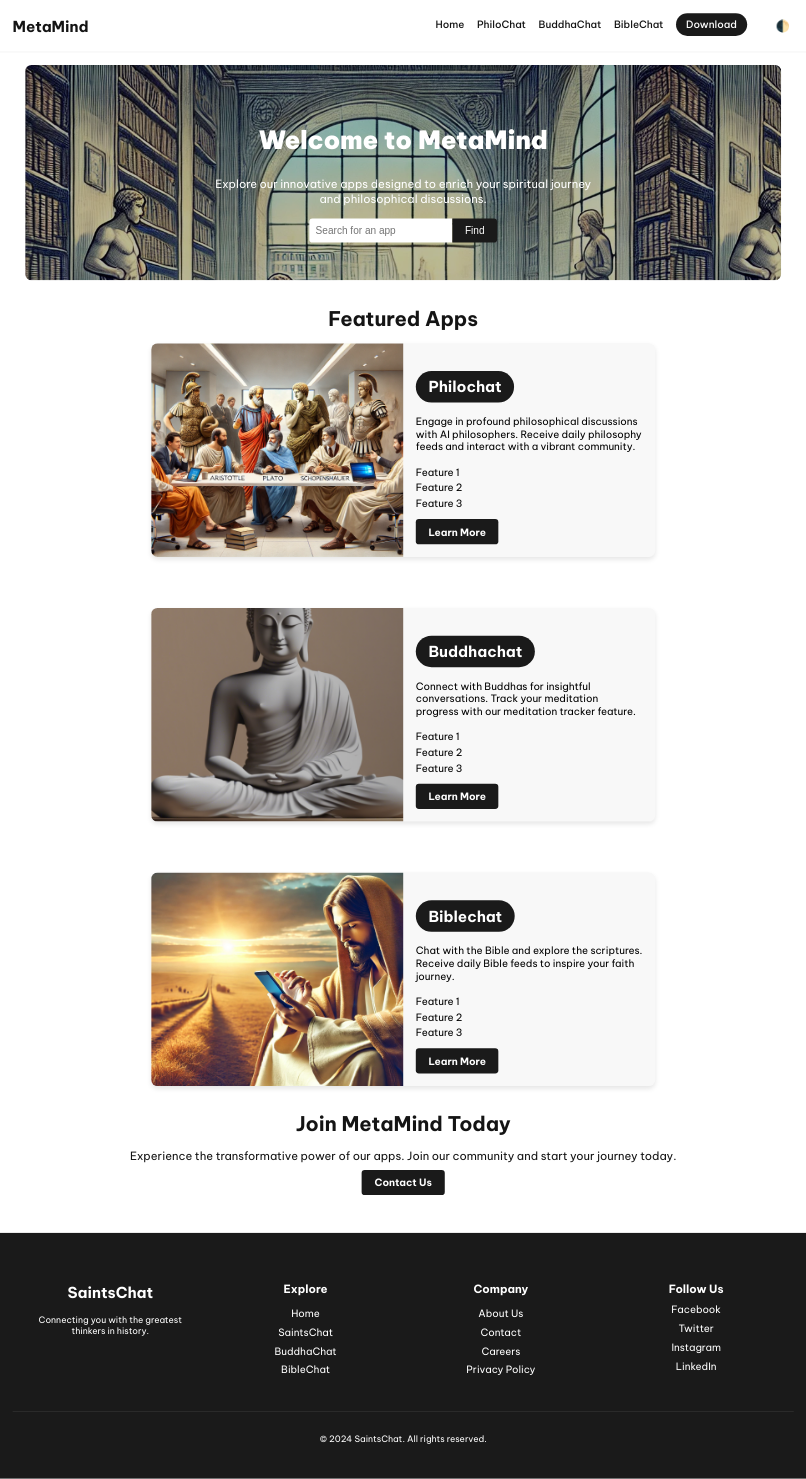
Repository: HSfac/EthosMindWeb
Page: /
The author's editor kept a copy of each file at every save. The page is drawn from the files as they stood at one save, then again after the next save.
The browser window is 1280 px wide. The pictures show the whole page, at 63% of full size.
The project was rebuilt for these pictures with package versions that can differ from the ones it lists, and the page was loaded fresh each time. Also part of the build but not shown: src/pages/SaintsChat.css, src/pages/SaintsChat.jsx, src/pages/BuddhaChat.css, src/pages/BuddhaChat.jsx, src/pages/BibleChat.css, src/pages/BibleChat.jsx, src/pages/Download.css, src/pages/Download.jsx.

Above is the page before, as saved 2024-07-21 21:39:59.

After the next save:
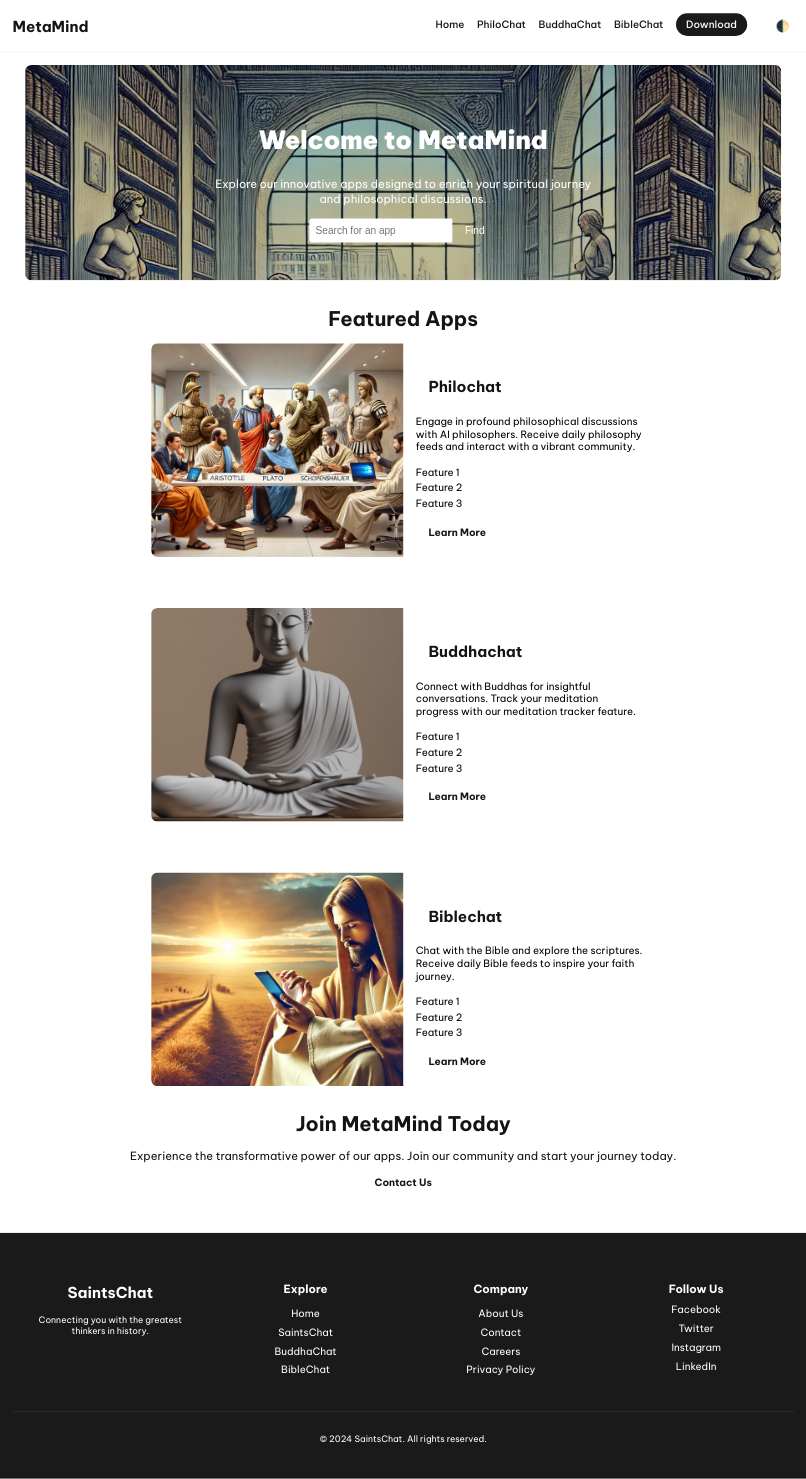
Saved 71 s later.
--- a/src/pages/Home.css
+++ b/src/pages/Home.css
@@ -1,33 +1,3 @@
-:root {
-  --background-color: #ffffff;
-  --text-color: #000000;
-  --button-background-color: #1a1a1a;
-  --button-text-color: #ffffff;
-  --button-hover-background-color: #333333; /* 추가된 부분 */
-  --button-hover-text-color: #ffffff; /* 추가된 부분 */
-  --card-background-color: #f8f8f8;
-  --card-shadow-color: rgba(0, 0, 0, 0.1);
-  --divider-color: rgba(0, 0, 0, 0.2);
-}
-
-@media (prefers-color-scheme: dark) {
-  :root {
-    --background-color: #181818;
-    --text-color: #f8f8f8;
-    --button-background-color: #f8f8f8;
-    --button-text-color: #181818;
-    --button-hover-background-color: #cccccc; /* 추가된 부분 */
-    --button-hover-text-color: #181818; /* 추가된 부분 */
-    --card-background-color: #282828;
-    --card-shadow-color: rgba(255, 255, 255, 0.1);
-    --divider-color: rgba(255, 255, 255, 0.2);
-  }
-}
-
-body {
-  background-color: var(--background-color);
-  color: var(--text-color);
-}
 
 .home-main {
   padding: 20px 40px;
